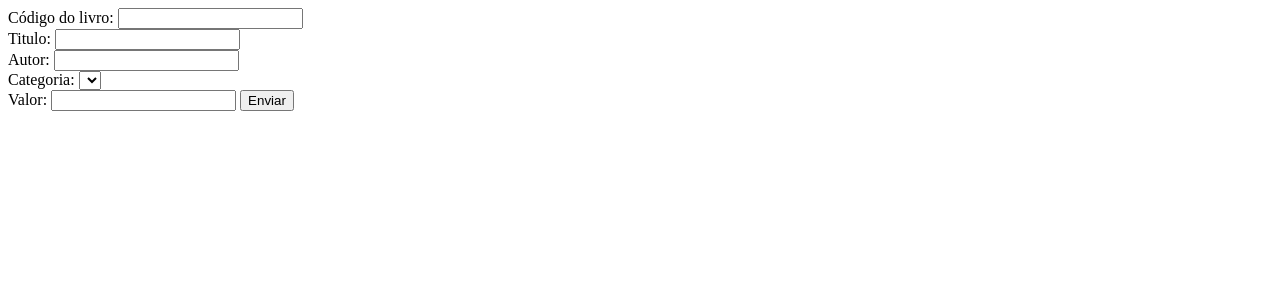
Repository: Matheus-Galdino/Livraria
Page: http://localhost/livraria/cadastrarLivro.jsp
The author's editor kept a copy of each file at every save. The page is drawn from the files as they stood at one save, then again after the next save.
The browser window is 1280 px wide. The pictures show the whole page.
The page is served by Tomcat 9. Nobody is signed in. The application's start-up code is not run. Other server files are loaded and not shown.

Above is the page before, as saved 2022-11-06 23:08:28.

### livraria/src/main/webapp/cadastrarLivro.jsp
<%@ page language="java" contentType="text/html; charset=ISO-8859-1"
	pageEncoding="ISO-8859-1"%>
<%@ taglib uri="http://java.sun.com/jsp/jstl/core" prefix="c"%>
<c:set value="${requestScope.categorias}" var="categorias" />
<!DOCTYPE html>
<html>
<head>
<meta charset="ISO-8859-1">
<title>Cadastrar livro</title>
</head>
<body>
	<form action="CadastrarLivro" method="post">
		<label>Código do livro: </label>
		<input type="number" name="cod">

		<br>

		<label>Titulo: </label>
		<input name="titulo">

		<br>

		<label>Autor:</label>
		<input name="autor">

		<br>

		<label>Categoria: </label>
		<select name="categoria">
			<c:forEach items="${ categorias }" var="categoria">
				<option>categoria.categoria</option>
			</c:forEach>
		</select>

		<br>

		<label>Valor: </label>
		<input type="number" name="valor">

		<button>Enviar</button>
	</form>
</body>
</html>

After the next save:
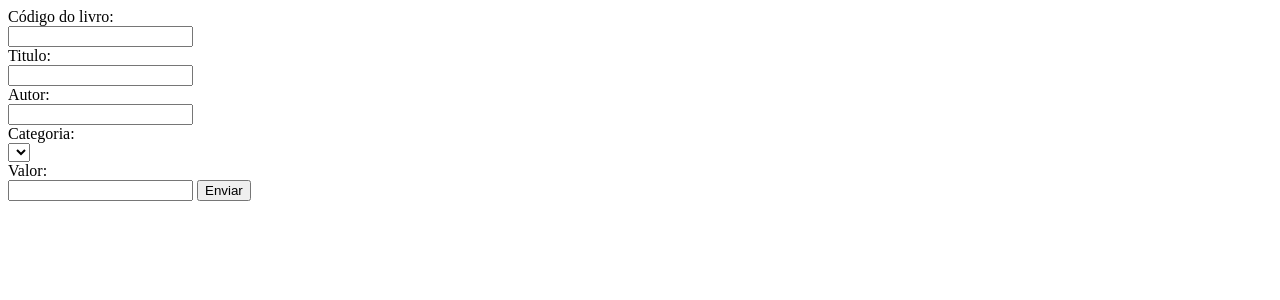
Saved 2 min 5 s later.
--- a/livraria/src/main/webapp/cadastrarLivro.jsp
+++ b/livraria/src/main/webapp/cadastrarLivro.jsp
@@ -7,6 +7,13 @@
 <head>
 <meta charset="ISO-8859-1">
 <title>Cadastrar livro</title>
+
+<style type="text/css">
+label {
+display: block;
+}
+</style>
+
 </head>
 <body>
 	<form action="CadastrarLivro" method="post">
